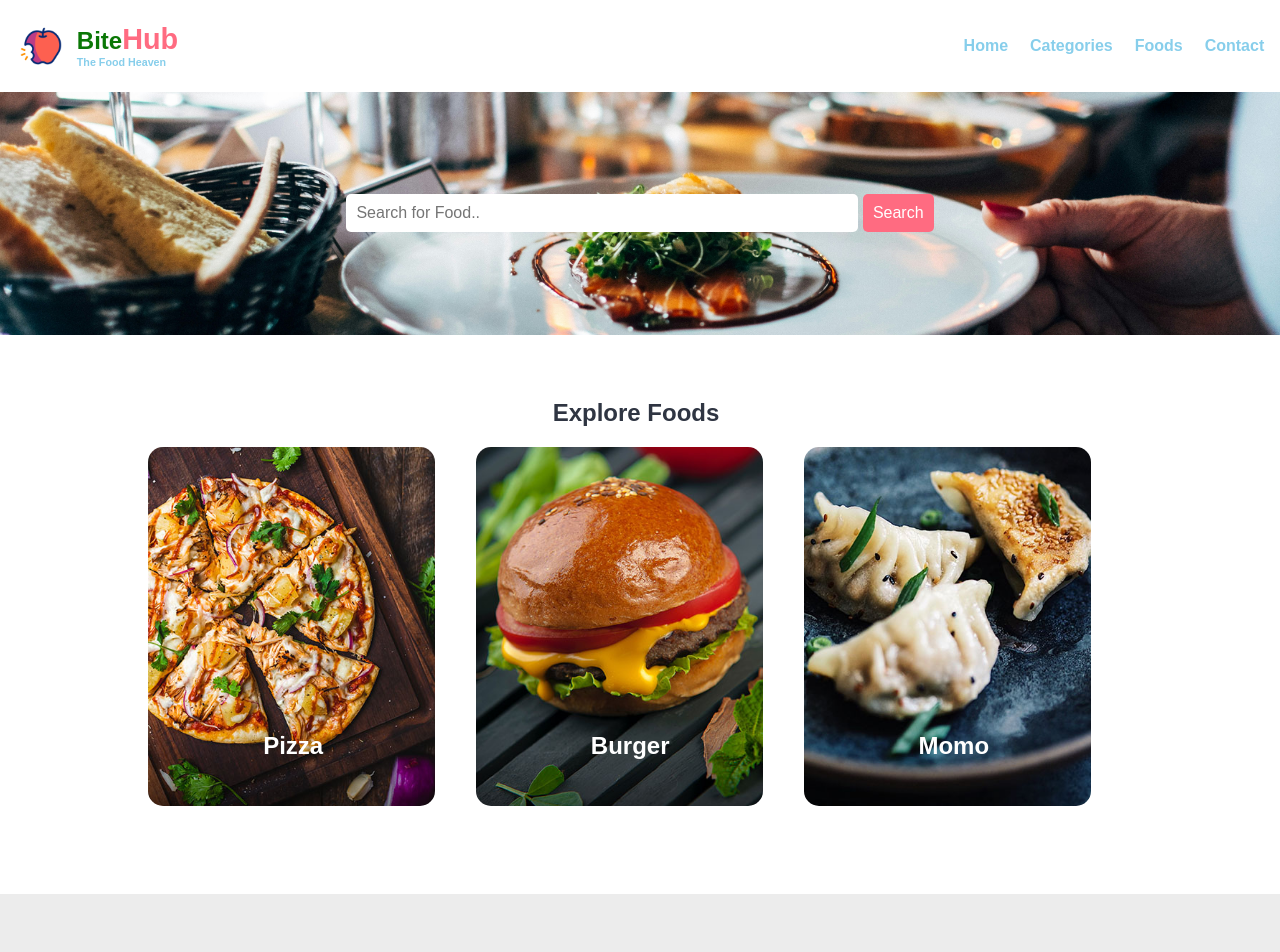
Repository: Saviour-Dagadu/Naamilli
Page: index.html
These files come from the project's save history. The page is drawn as it stood at one moment and after the next save; the edit follows.
The browser window is 1280 px wide. The pictures show the part of the page from y = 0 to 952 px (the page is 2117 px tall before and 2124 px after).
A picture or video elsewhere on the page could not be fetched, so the positions and the page height are approximate.

Above is the page before, as saved 2024-12-03 14:50:36.

### index.html
<!DOCTYPE html>
<html lang="en">
<head>
    <meta charset="UTF-8">
    <!-- Important to make website responsive -->
    <meta name="viewport" content="width=device-width, initial-scale=1.0">
    <title>Restaurant Website</title>

    <!-- Link our CSS file -->
    <link rel="stylesheet" type="text/css" href="css/style.css">
</head>

<body>
    <!-- Navbar Section Starts Here -->
	<section class="navbar" style="display: flex; align-items: center; justify-content: space-between;">
        <div class="container" style="display: flex; width: 100%; justify-content: space-between; align-items: center;">
            <div class="logo" style="display: flex; align-items: center;">
                <a href="index.html" title="Logo" style="display: flex; align-items: center;">
                    <img src="images/apple.gif" alt="" style="
                        width: 3.5rem; /* Adjust size to be similar to nav image */
                        height: 3.5rem; /* Adjust size to be similar to nav image */
                        margin-right: 0.5rem;">
                    <div>
                        <h2 style="margin: 0;">Bite<span>Hub</span></h2>
                        <h6 style="margin: 0;"><span>The Food Heaven</span></h6>
                    </div>
                </a>
            </div>

            <div class="menu text-right">
                <ul style="list-style: none; margin: 0; padding: 0; display: flex; justify-content: flex-end;">
                    <li style="margin-left: 1rem;">
                        <a href="home.html">Home</a>
                    </li>
                    <li style="margin-left: 1rem;">
                        <a href="categories.html">Categories</a>
                    </li>
                    <li style="margin-left: 1rem;">
                        <a href="foods.html">Foods</a>
                    </li>
                    <li style="margin-left: 1rem;">
                        <a href="contact.html">Contact</a>
                    </li>
                </ul>
            </div>
        </div>

        <div class="clearfix"></div>
    </section>

    <!-- Navbar Section Ends Here -->

    <!-- fOOD sEARCH Section Starts Here -->
    <section class="food-search text-center">
        <div class="container">

            <form action="underConstruction.html" method="POST">
                <input type="search" name="search" placeholder="Search for Food.." required>
                <input type="submit" name="submit" value="Search" class="btn btn-primary">
            </form>

        </div>
    </section>
    <!-- fOOD sEARCH Section Ends Here -->

    <!-- CAtegories Section Starts Here -->
    <section class="categories">
        <div class="container">
            <h2 class="text-center">Explore Foods</h2>

            <a href="category-foods.html">
            <div class="box-3 float-container">
                <img src="images/pizza.jpg" alt="Pizza" class="img-responsive img-curve">

                <h3 class="float-text text-white">Pizza</h3>
            </div>
            </a>

            <a href="#">
            <div class="box-3 float-container">
                <img src="images/burger.jpg" alt="Burger" class="img-responsive img-curve">

                <h3 class="float-text text-white">Burger</h3>
            </div>
            </a>

            <a href="#">
            <div class="box-3 float-container">
                <img src="images/momo.jpg" alt="Momo" class="img-responsive img-curve">

                <h3 class="float-text text-white">Momo</h3>
            </div>
            </a>

            <div class="clearfix"></div>
        </div>
    </section>
    <!-- Categories Section Ends Here -->

    <!-- fOOD MEnu Section Starts Here -->
    <section class="food-menu">
        <div class="container">
            <h2 class="text-center">Food Menu</h2>

            <div class="food-menu-box">
                <div class="food-menu-img">
                    <img src="images/menu-pizza.jpg" alt="Chicke Hawain Pizza" class="img-responsive img-curve">
                </div>

                <div class="food-menu-desc">
                    <h4>Pizza</h4>
                    <p class="food-price">Ghc 50</p>
                    <p class="food-detail">
                        Made with Italian Sauce, Chicken, and organice vegetables.
                    </p>
                    <br>

                    <a href="order.html" class="btn btn-primary">Order Now</a>
                </div>
            </div>

            <div class="food-menu-box">
                <div class="food-menu-img">
                    <img src="images/menu-burger.jpg" alt="Chicke Hawain Pizza" class="img-responsive img-curve">
                </div>

                <div class="food-menu-desc">
                    <h4>Smoky Burger</h4>
                    <p class="food-price">Ghc 20</p>
                    <p class="food-detail">
                        Made with Italian Sauce, Chicken, and organice vegetables.
                    </p>
                    <br>

                    <a href="#" class="btn btn-primary">Order Now</a>
                </div>
            </div>

            <div class="food-menu-box">
                <div class="food-menu-img">
                    <img src="images/menu-burger.jpg" alt="Chicke Hawain Burger" class="img-responsive img-curve">
                </div>

                <div class="food-menu-desc">
                    <h4>Nice Burger</h4>
                    <p class="food-price">Ghc 20</p>
                    <p class="food-detail">
                        Made with Italian Sauce, Chicken, and organize vegetables.
                    </p>
                    <br>

                    <a href="#" class="btn btn-primary">Order Now</a>
                </div>
            </div>



            <!-- <div class="food-menu-box">
                <div class="food-menu-img">
                    <img src="images/menu-pizza.jpg" alt="Chicke Hawain Pizza" class="img-responsive img-curve">
                </div>

                <div class="food-menu-desc">
                    <h4>Food Title</h4>
                    <p class="food-price">$2.3</p>
                    <p class="food-detail">
                        Made with Italian Sauce, Chicken, and organice vegetables.
                    </p>
                    <br>

                    <a href="#" class="btn btn-primary">Order Now</a>
                </div>
            </div> -->

            <div class="food-menu-box">
                <div class="food-menu-img">
                    <img src="images/menu-momo.jpg" alt="Chicke Hawain Momo" class="img-responsive img-curve">
                </div>

                <div class="food-menu-desc">
                    <h4>Chicken Steam Momo</h4>
                    <p class="food-price">Ghc 50</p>
                    <p class="food-detail">
                        Made with Italian Sauce, Chicken, and organice vegetables.
                    </p>
                    <br>

                    <a href="#" class="btn btn-primary">Order Now</a>
                </div>
            </div>


            <div class="clearfix"></div>



        </div>

        <p class="text-center">
            <a href="#">See All Foods</a>
        </p>
    </section>
    <!-- fOOD Menu Section Ends Here -->

    <!-- social Section Starts Here -->
<section class="social">
	<div class="container text-center">
		<ul>
			<li>
				<a href="https://www.facebook.com/saviou/"><img src="https://img.icons8.com/fluent/50/000000/facebook-new.png"/></a>
			</li>
			<li>
				<a href="https://www.instagram.com/saviour_dagadu/"><img src="https://img.icons8.com/fluent/48/000000/instagram-new.png"/></a>
			</li>
			<li>
				<a href="https://twitter.com/savicode"><img src="https://img.icons8.com/fluent/48/000000/twitter.png"/></a>
			</li>
		</ul>
	</div>
</section>
<!-- social Section Ends Here -->

<!-- footer Section Starts Here -->
<section class="footer">
	<div class="container text-center">
		<p>All rights reserved. Designed By <a href="https://saviourdagadu.netlify.app/">Saviour Dagadu</a></p>
	</div>
</section>
<!-- footer Section Ends Here -->

</body>
</html>

### css/style.css
/*
    Author: Vijay Thapa;
    Theme: Restaurant Food Order;
    version: 1.0;
*/

/* CSS for All */
*{
    margin: 0 0;
    padding: 0 0;
    font-family: Arial, Helvetica, sans-serif;
}
.container{
    width: 80%;
    margin: 0 auto;
    padding: 1%;
}
.img-responsive{
    width: 100%;
}
.img-curve{
    border-radius: 15px;
}

.text-right{
    text-align: right;
}
.text-center{
    text-align: center;
}
.text-left{
    text-align: left;
}
.text-white{
    color: white;
}

.clearfix{
    clear: both;
    float: none;
}

a{
    color: skyblue;
    text-decoration: none;
}
a:hover{
    color: #ff6b81;
}

.btn{
    padding: 1%;
    border: none;
    font-size: 1rem;
    border-radius: 5px;
}
.btn-primary{
    background-color: #ff6b81;
    color: white;
    cursor: pointer;
}
.btn-primary:hover{
    color: white;
    background-color: #ff4757;
}
h2{
    color: #2f3542;
    font-size: 2rem;
    margin-bottom: 2%;
}
h3{
    font-size: 1.5rem;
}
.float-container{
    position: relative;
}
.float-text{
    position: absolute;
    bottom: 50px;
    left: 40%;
}
fieldset{
    border: 1px solid white;
    margin: 5%;
    padding: 3%;
    border-radius: 5px;
}


/* CSSS for navbar section */

.logo{
    width: 10%;
    float: left;
}
.logo h2{
    color: rgb(10, 119, 5);
}
.logo h2:hover{
    color: rgb(10, 119, 5);
    font-style: italic;
}
.logo h2 span{
    color: #ff6b81;
    font-size: larger;
    font-weight:bolder;
}
.logo h2 span:hover{
    color: #ff4757;
    font-size: larger;
    font-weight:bolder;
}
.menu{
    line-height: 60px;
}
.menu ul{
    list-style-type: none;
}

.menu ul li{
    display: inline;
    padding: 1%;
    font-weight: bold;
}


/* CSS for Food SEarch Section */

.food-search{
    background-image: url(../images/jay-wennington-N_Y88TWmGwA-unsplash.jpg);
    background-size: cover;
    background-repeat: no-repeat;
    background-position: center;
    padding: 7% 0;
}

.food-search input[type="search"]{
    width: 50%;
    padding: 1%;
    font-size: 1rem;
    border: none;
    border-radius: 5px;
}


/* CSS for Categories */
.categories{
    padding: 4% 0;
}

.box-3{
    width: 28%;
    float: left;
    margin: 2%;
}


/* CSS for Food Menu */
.food-menu{
    background-color: #ececec;
    padding: 4% 0;
}
.food-menu-box{
    width: 43%;
    margin: 1%;
    padding: 2%;
    float: left;
    background-color: white;
    border-radius: 15px;
}

.food-menu-img{
    width: 20%;
    float: left;
}

.food-menu-desc{
    width: 70%;
    float: left;
    margin-left: 8%;
}

.food-price{
    font-size: 1.2rem;
    margin: 2% 0;
}
.food-detail{
    font-size: 1rem;
    color: #747d8c;
}


/* CSS for Social */
.social ul{
    list-style-type: none;
}
.social ul li{
    display: inline;
    padding: 1%;
}

/* for Order Section */
.order{
    width: 50%;
    margin: 0 auto;
}
.input-responsive{
    width: 96%;
    padding: 1%;
    margin-bottom: 3%;
    border: none;
    border-radius: 5px;
    font-size: 1rem;
}
.order-label{
    margin-bottom: 1%;
    font-weight: bold;
}

/* Contact Section*/

#info{
    padding: 30px 0;
}

#info .container{
     display: flex;
}

#info .info{
    width: 28%;
    height: 300px;
    border-radius: 10px;
    overflow: hidden;

}

#info .info-text{
    border: 1px solid lightgray;
    padding: 10px;
}

#info .info-text h4{
    margin: 5px;
}

#info .info-text .info-text-call{
    margin-bottom: 20px;
}

#info .info-image{
margin-right: 10px;
overflow: hidden;
box-shadow: 0 0 5px #333;
transform: scale (1.04);
transition: all .4s ease-in-out;
}

#info .info-image:hover{
transform: translateY(-15px) scale(1.1);
box-shadow: 0 0 10px #333;
}
#info .info-image img{
max-width: 100%;
height: auto
}

#info .info-image:hover .info-image img{
opacity: 1;
}

       /* message Section */
#message{
    padding: 30px 0;
    background-color: lightgray;
}

#message .message-top{
    text-align: center;
    margin-bottom: 20px;
}

#message .message-top h3{
    text-transform: uppercase;
    margin: 0;
}

#message .message-top h3::after{
    content: "";
    display: block;
    width: 50px;
    height: 3px;
    background-color: gray;
    margin: 10px auto 0;
}

#message .message-bottom{
    color: black;
}

#message .message-bottom label{
    display: block;
    font-size: 17px;
    font-weight: 500;
    margin-bottom: 5px;
}

#message .message-bottom .form-group{
    margin-bottom: 10px;
}

#message .message-bottom .input{
    display: block;
    height: 40px;
    border-radius: 5px;
    border: 1px solid brown;
    padding-left: 10px;
    padding-right: 10px;
    width: 100%;
    font-size: 15px;
    font-family: 'Segoe UI', Tahoma, Geneva, Verdana, Sans-serif;
}

#message .message-bottom input,
#message .message-bottom textarea,
#message .message-bottom button{
    outline: none;
}

#message  textarea{
    width: 100%;
    height: 200px;
    border-radius: 5px;
    border: 1px solid brown;
    background-color: white;
    padding: 5px 10px;
    font: 15px 'Segoe UI', Tahoma, Geneva, Verdana, Sans-serif;
}

.navbar-brand {
    display: flex;
    align-items: center; /* Align items horizontally in the center */
    text-decoration: none; /* Removes default underline from the link */
    color: #333; /* Adjust text color as needed */
    /* background-image: url('../images/apple.gif'); Replace with the path to your image */
    background-size: cover;                          /* Ensures the image covers the entire div */
    background-position: center;                     /* Centers the image within the div */
    background-repeat: no-repeat;
}
.navbar-brand h2 {
    margin: 0;               /* Removes default margin */
    font-size: 2.5rem;
}

.navbar-brand h2 span{
    color: skyblue;
}

.navbar-brand i {
    display: block;          /* Ensures the i element is on a new line */
    margin: 0;               /* Removes default margin */
    font-size: 0.8rem;       /* Makes the text smaller */
    color: black;
}

.logo-img {
    width: 3.5rem; /* Adjust size as needed */
    height: 3.5rem; /* Adjust size as needed */
    margin-right: 0.5rem; /* Space between image and text */
}

.text-content {
    display: flex;
    flex-direction: column; /* Stack text elements vertically */
    justify-content: center; /* Center text vertically within container */
}

h2 {
    margin: 0; /* Remove default margin */
    font-size: 1.5rem; /* Adjust font size as needed */
    font-weight: bold;
    margin-right: 0.5rem; /* Space between h2 and h6 */
}



/* #message .message-bottom .btn{
    padding: 10px 20px;
    background-color: brown;
    text-transform: uppercase;
    font: 15px 'Segoe UI', Tahoma, Geneva, Verdana, Sans-serif;
    border: none;
    border-radius: 5px;
    font-weight: 500;
    color: #fff;
    cursor: pointer;
} */


/* CSS for Mobile Size or Smaller Screen */

@media only screen and (max-width:768px){
    .logo{
        width: 80%;
        float: none;
        margin: 1% auto;
    }

    .menu ul{
        text-align: center;
    }

    .food-search input[type="search"]{
        width: 90%;
        padding: 2%;
        margin-bottom: 3%;
    }

    .btn{
        width: 91%;
        padding: 2%;
    }

    .food-search{
        padding: 10% 0;
    }

    .categories{
        padding: 20% 0;
    }
    h2{
        margin-bottom: 10%;
    }
    .box-3{
        width: 100%;
        margin: 4% auto;
    }

    .food-menu{
        padding: 20% 0;
    }

    .food-menu-box{
        width: 90%;
        padding: 5%;
        margin-bottom: 5%;
    }
    .social{
        padding: 5% 0;
    }
    .order{
        width: 100%;
    }
}

After the next save:
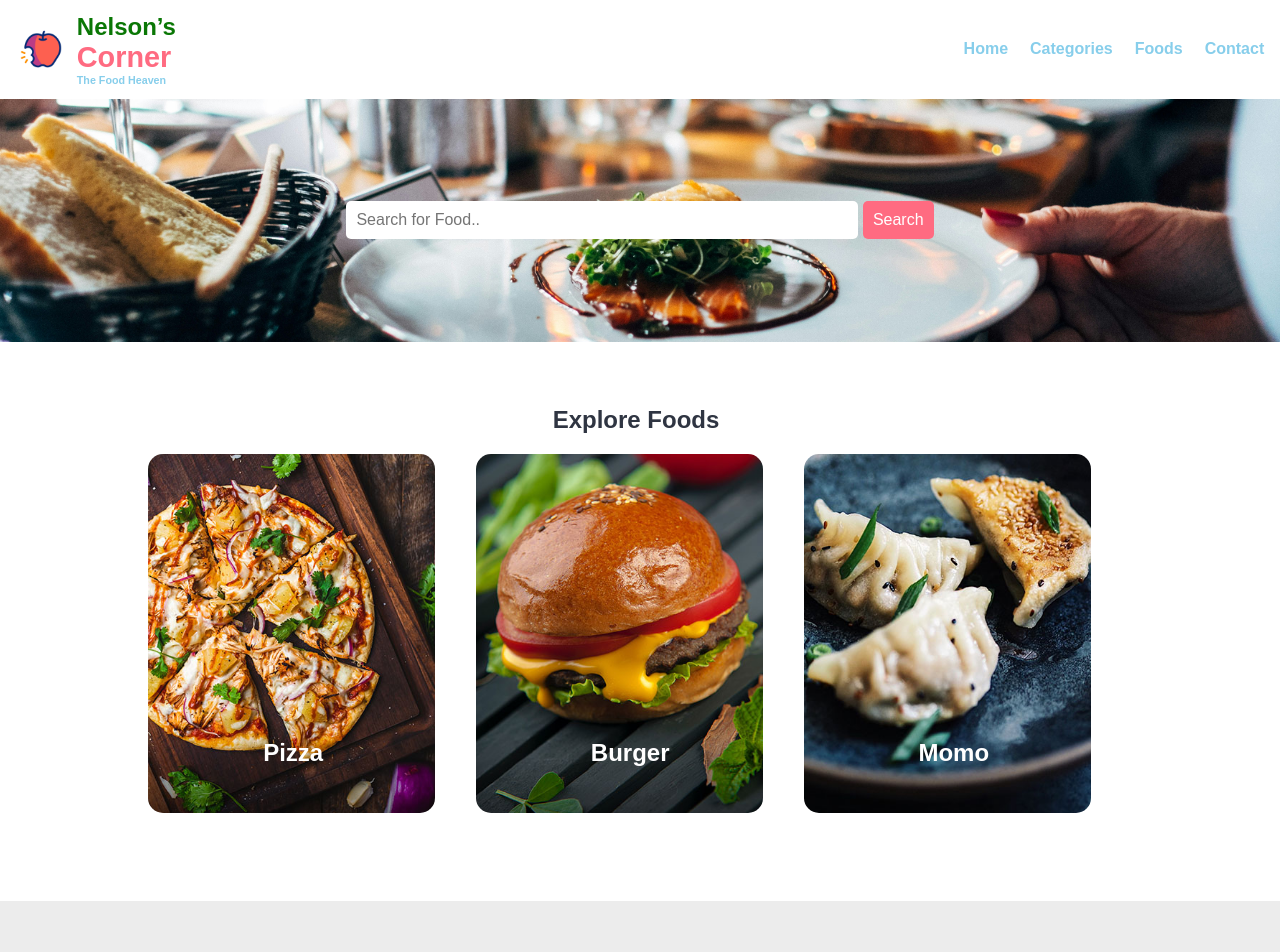
Saved 5 min 0 s later.
--- a/index.html
+++ b/index.html
@@ -21,7 +21,7 @@
                         height: 3.5rem; /* Adjust size to be similar to nav image */
                         margin-right: 0.5rem;">
                     <div>
-                        <h2 style="margin: 0;">Bite<span>Hub</span></h2>
+                        <h2 style="margin: 0;">Nelson’s <span>Corner</span></h2>
                         <h6 style="margin: 0;"><span>The Food Heaven</span></h6>
                     </div>
                 </a>
